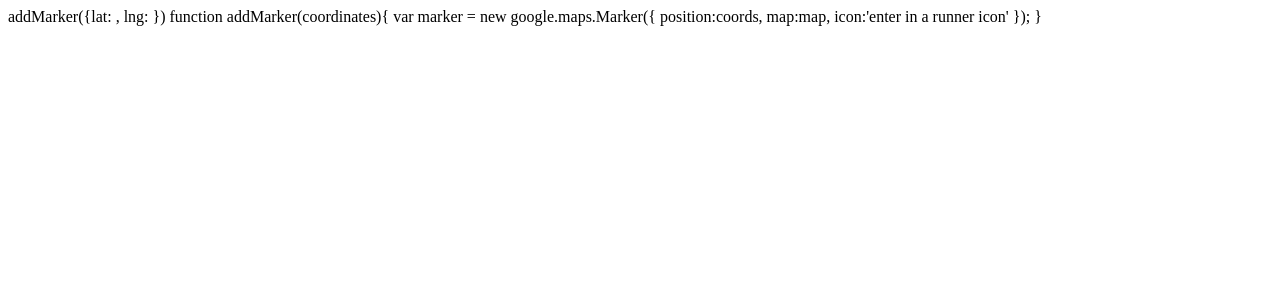
Repository: MaydayBR/creating-an-Event
Page: home.html
An editor plug-in stored every save of this project. The page is shown before and after the next save, followed by the edit.
The browser window is 1280 px wide. The pictures show the whole page.

Above is the page before, as saved 2024-10-01 23:36:48.

### home.html




addMarker({lat: , lng: })

function addMarker(coordinates){
    var marker = new google.maps.Marker({
        position:coords,
        map:map,
        icon:'enter in a runner icon'
    });
}

After the next save:
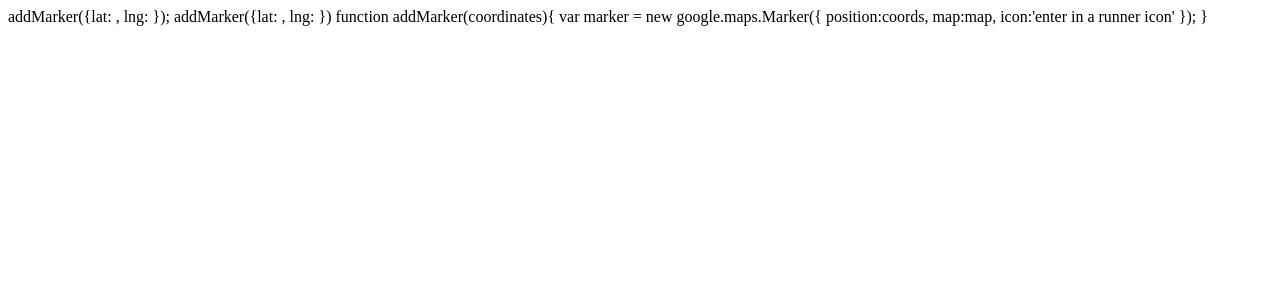
Saved 5 s later.
--- a/home.html
+++ b/home.html
@@ -2,6 +2,7 @@
 
 
 
+addMarker({lat: , lng: });
 addMarker({lat: , lng: })
 
 function addMarker(coordinates){
